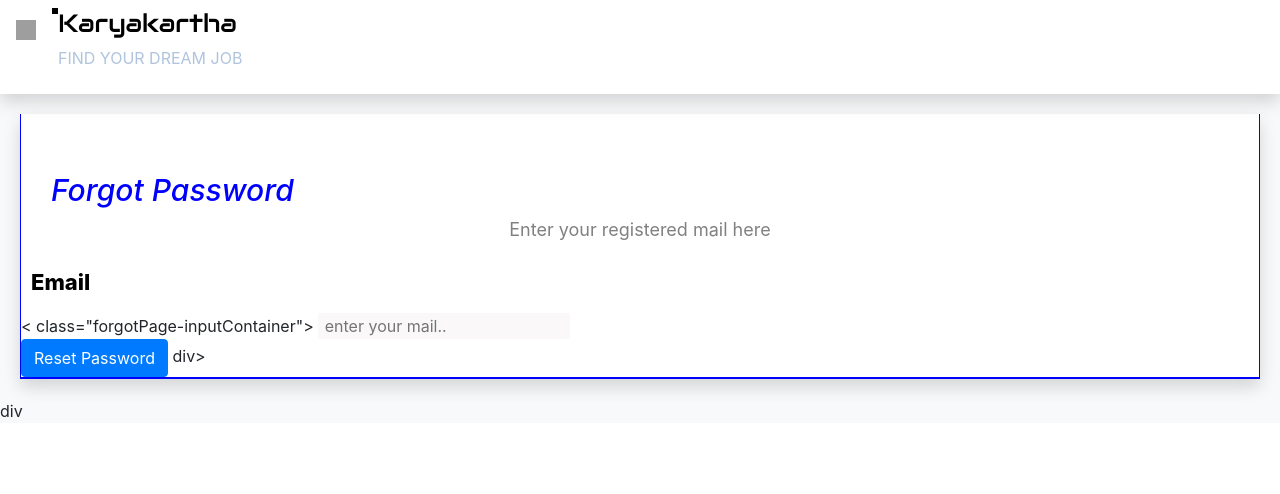
Repository: siri548/Karyakartha
Page: forgotPage.html
The author's editor kept a copy of each file at every save. The page is drawn from the files as they stood at one save, then again after the next save.
The browser window is 1280 px wide. The pictures show the whole page.
Pictures or frames that could not be fetched are drawn as grey boxes.

Above is the page before, as saved 2023-11-04 17:52:15.
Console error (its wording comes from the project's code and is left out).

After the next save:
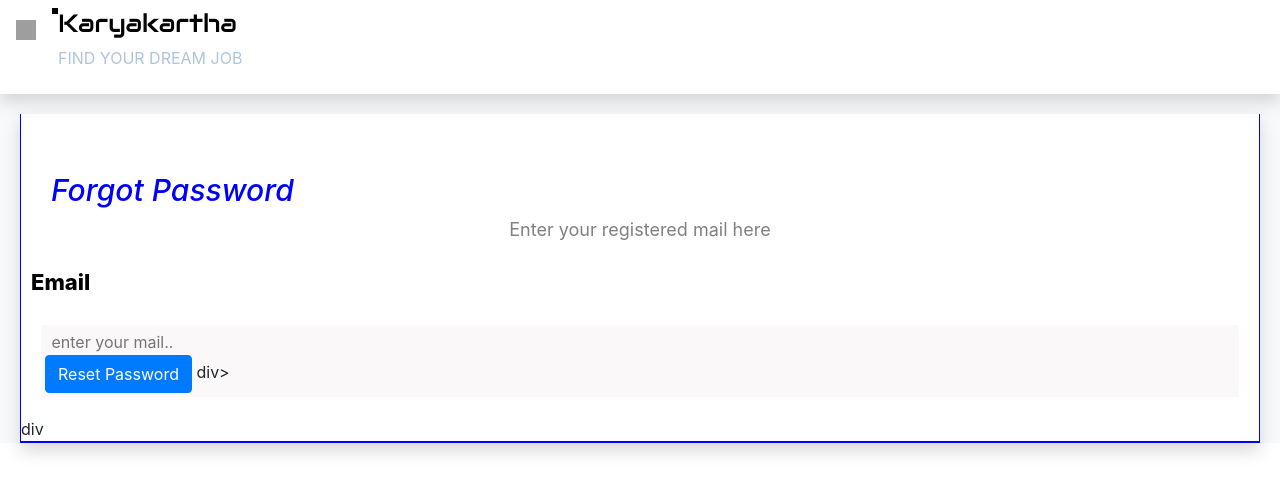
Saved 10 s later.
--- a/forgotPage.html
+++ b/forgotPage.html
@@ -60,15 +60,15 @@
             <div>
                 <h1 class="forgotPage-emailHeading ">Email</h1>
             </div>
-            < class="forgotPage-inputContainer">
+            <div class="forgotPage-inputContainer">
                 <input type="text " placeholder=" enter your mail.." class="forgotPage-input">
                 <div class="text-right "><i class="forgotPage-envelopeIcon bi bi-envelope-fill"></i>
                 </div>
 
                 <button class="btn btn-primary">Reset Password</button>
                 </class>div>
-        </div>div
-    </div>
+            </div>div
+        </div>
 </body>
 
 </html>
